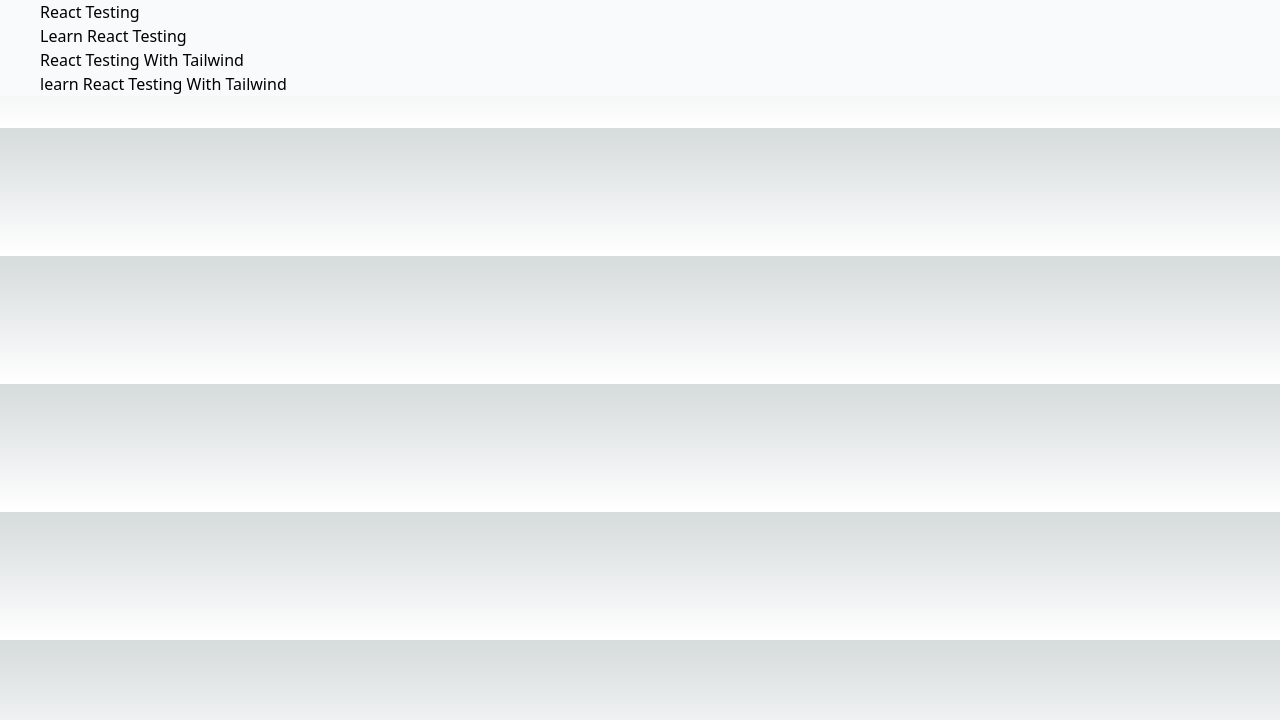
Repository: AlgoHussle/algo-blog
Page: /
The author's editor kept a copy of each file at every save. The page is drawn from the files as they stood at one save, then again after a run of saves.
The browser window is 1280 px wide. The pictures show the whole page.
The project was rebuilt for these pictures with package versions that can differ from the ones it lists, and the page was loaded fresh each time. The framework's server and built-in components were replaced by stand-ins that run in the browser. Also part of the build but not shown: next.config.js.

Above is the page before, as saved 2023-05-03 21:43:06.

### pages/index.js

import Head from 'next/head'
import { PostCard, Categories, PostWidget } from '@/components';

const posts = [
  { title: 'React Testing', excerpt: 'Learn React Testing'},
  { title: 'React Testing With Tailwind', excerpt: 'learn React Testing With Tailwind'},
];

export default function Home() {
  return (
    <div className='container mx-auto px-10 mb-8 bg-gray-50'>
      <Head>
        <title>CMS Blog</title>
        <link rel="icon" href="/favicon.ico" />
      </Head>
      <div className='grid grid-cols-1 lg:grid-cols-12 gap-12'>
        <div className='lg:col-span-8 col-span-1'>
        {posts.map((post) => (<PostCard key={post.title} post={post}  />))}
        </div>
      <div className='lg:col-span-4 col-span-1'>
        <div className='lg:sticky relative top-8'>

        </div>
      </div>
      </div>

      </div>
  )
}

### components/index.js
export { default as PostCard } from './postCard';
export { default as Categories } from './Categories';
export { default as PostWidget } from './PostWidget';

### components/postCard.jsx
import React from 'react'

const postCard = ({ post }) => {
  return (
    <div>
        <h3>{post.title}</h3>
        <p>{post.excerpt}</p>
    </div>
  )
}

export default postCard

Loaded but not shown: pages/_app.js (common file); pages/_document.js (common file); styles/globals.css (common file); tailwind.config.js (common file); components/Categories.jsx (common file); components/PostWidget.jsx (common file)

After the next 2 saves:
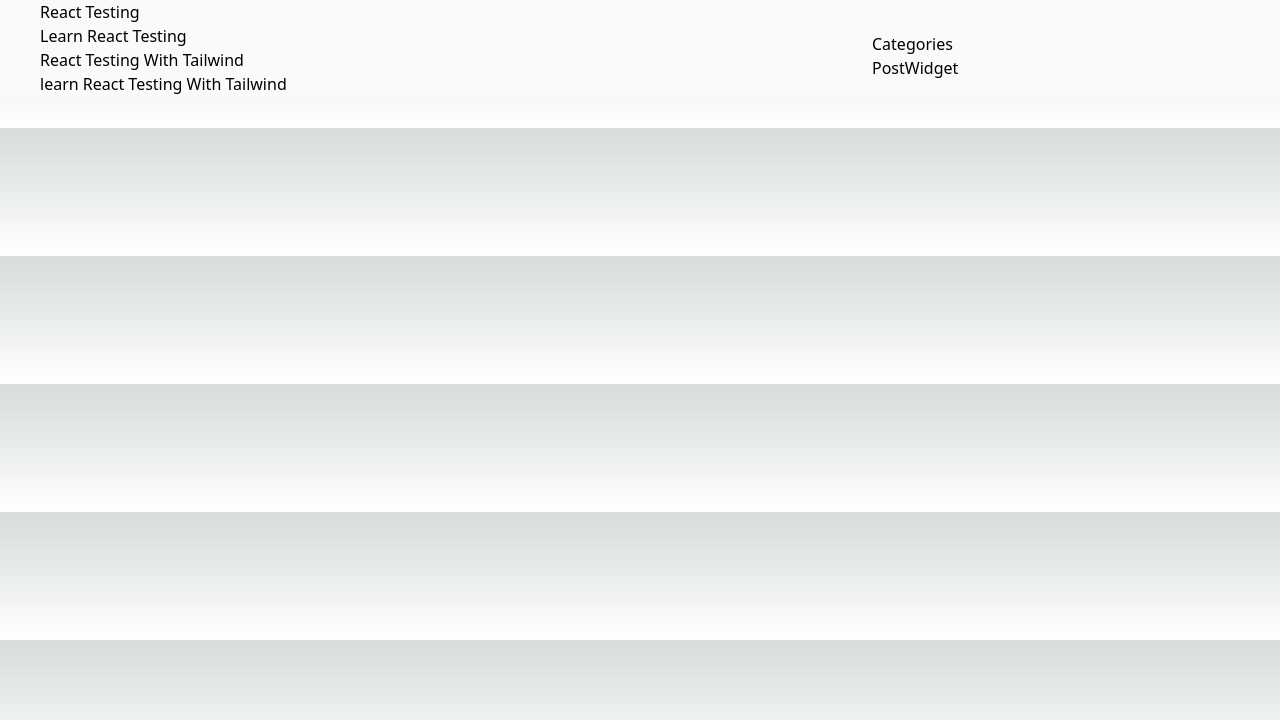
The 2 saves are shown as one change because they came seconds apart.
The last was saved 5 s later.
--- a/pages/index.js
+++ b/pages/index.js
@@ -20,7 +20,8 @@
         </div>
       <div className='lg:col-span-4 col-span-1'>
         <div className='lg:sticky relative top-8'>
-
+          <Categories />
+          <PostWidget />
         </div>
       </div>
       </div>
